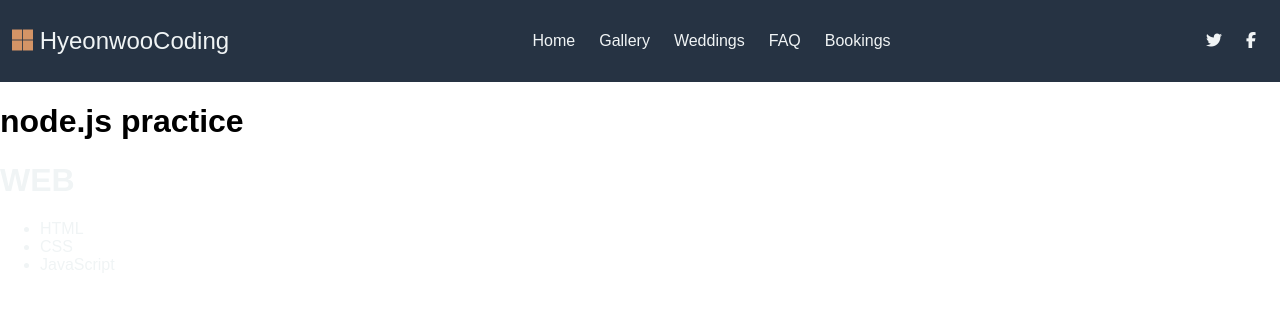
Repository: hhw12409/pracite-node.js
Page: http://localhost/
An editor plug-in stored every save of this project. The page is shown before and after the next save, followed by the edit.
The browser window is 1280 px wide. The pictures show the whole page.
Some web fonts or font styles are not loaded; a fallback is used. Some web libraries are served in a nearby version. The page is served by the project's Node server (server.js).

Above is the page before, as saved 2022-04-30 10:10:42.
Not found: main.js

After the next save:
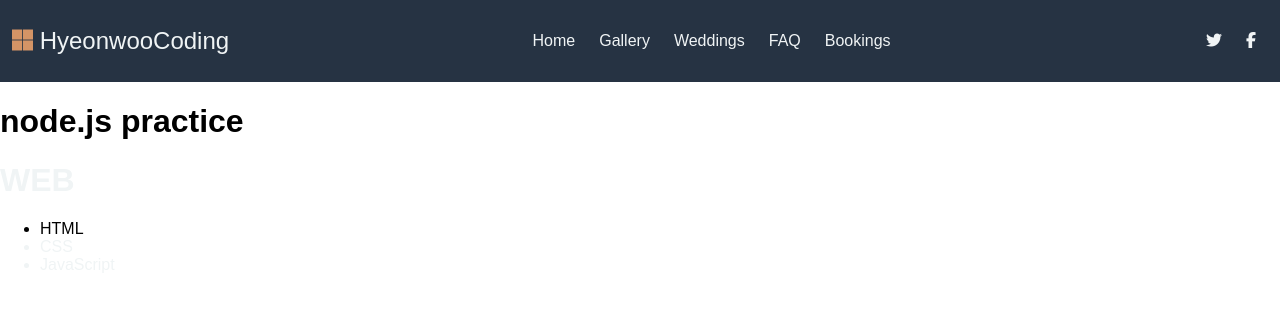
Saved 13 s later.
--- a/views/index.ejs
+++ b/views/index.ejs
@@ -11,7 +11,7 @@
   <h1>node.js practice</h1>
   <a href="/"><h1>WEB</h1></a>
   <ul>
-    <a href="/html"><li>HTML</li></a>
+    <a href="/html" style="color : black;"><li>HTML</li></a>
     <a href="/css"><li>CSS</li></a>
     <a href="/javascript"><li>JavaScript</li></a>
   </ul>
